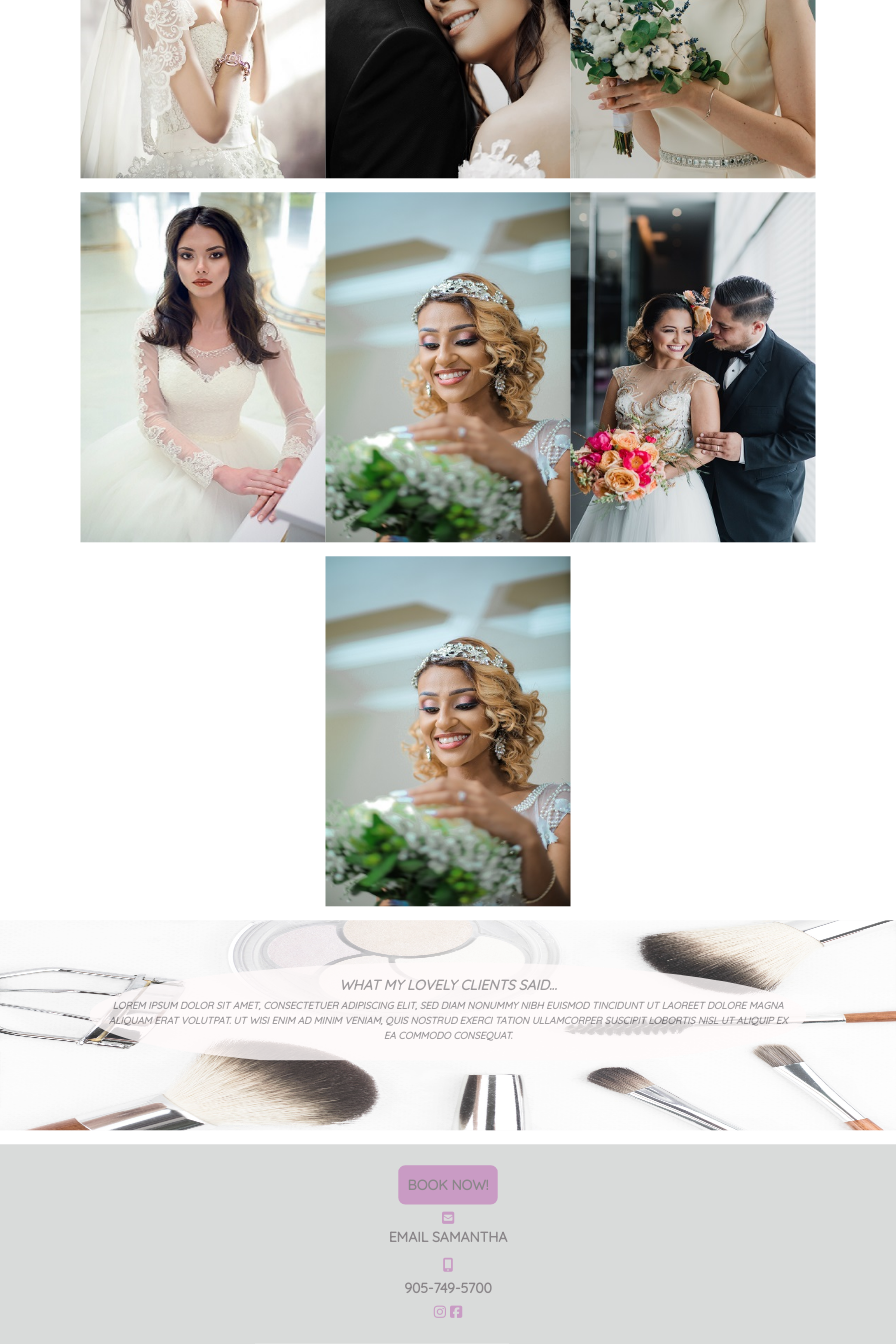
Repository: JayneyNix/milestone-1-UCFD
Page: gallery.html
The author's editor kept a record of every edit. The page is drawn from the files as they stood at one moment, then again after the next edit.
The browser window is 1280 px wide. The pictures show the part of the page from y = 1084 to 3004 px (the page is 3004 px tall before and 2484 px after), at 70% of full size.
Some web libraries are served in a nearby version.

Above is the page before.

### gallery.html
<!DOCTYPE html>
<html lang="en">

<head>
    <meta charset="UTF-8">
    <meta name="viewport" content="width=device-width, initial-scale=1.0">
    <meta http-equiv="X-UA-Compatible" content="ie=edge">
    <title>Professional Make-up Artistry | Samantha Harris</title>
    <script src="https://code.jquery.com/jquery-3.3.1.slim.min.js" integrity="sha384-q8i/X+965DzO0rT7abK41JStQIAqVgRVzpbzo5smXKp4YfRvH+8abtTE1Pi6jizo" crossorigin="anonymous"></script>
    <link href="https://stackpath.bootstrapcdn.com/bootstrap/4.3.1/css/bootstrap.min.css" rel="stylesheet" integrity="sha384-ggOyR0iXCbMQv3Xipma34MD+dH/1fQ784/j6cY/iJTQUOhcWr7x9JvoRxT2MZw1T" crossorigin="anonymous" type="text/css">
    <link rel="stylesheet" href="https://cdnjs.cloudflare.com/ajax/libs/hover.css/2.3.1/css/hover-min.css" type="text/css">
    <link rel="stylesheet" href="https://fonts.googleapis.com/css?family=Quicksand">
    <script src="https://kit.fontawesome.com/26094534a3.js" crossorigin="anonymous"></script>
    <link rel="stylesheet" href="Assets/style.css" class="text/css">
</head>

<body>
    <!-----Navigation----->

    <div class="d-flex justify-content-end">
        <div class="d-flex contact-header flex-row-reverse align-items-center">
            <div class="p-2"><a class="email-header" href="mailto:bookings@samanthaharris.ca" target="-blank"><i class="fas fa-envelope-square" aria-hidden="true"></i><h5 class="headings uppercase">Email Samantha</h5></a></div>
            <div class="p-2"><a class="call-header" href="tel:905-749-5700"><i class="fas fa-mobile-alt" aria-hidden="true"></i><h5 class="headings uppercase">Call 905-749-5700</h5></a></div>

        </div>
    </div>



    <div class="container-fluid nav-container no-padding">
        <nav class="navbar navbar-light navbar-expand-sm">

            <a class="navbar-brand" href="index.html">
                <img src="Assets/logo.png" class="d-inline-block align-top"
      alt="samantha-harris-logo"/>
      </a>

            <button class="navbar-toggler ml-auto" type="button" data-toggle="collapse" data-target="#navbarNavDropdown" aria-controls="navbarNavDropdown" aria-expanded="false" aria-label="Toggle navigation">
          <span class="navbar-toggler-icon"></span>
      </button>
            <div class="collapse navbar-collapse" id="navbarNavDropdown">
                <ul class="navbar-nav navbar-default ml-auto">
                    <li class="nav-item">
                        <a class="nav-link active" href="index.html">Home</a>
                    </li>
                    <li class="nav-item">
                        <a class="nav-link active" href="about.html">About</a>
                    </li>
                    <li class="nav-item">
                        <a class="nav-link active" href="gallery.html">Gallery</a>
                    </li>
                    <li class="nav-item">
                        <a class="nav-link active" href="services.html">Services</a>
                    </li>
                    <li class="nav-item">
                        <a class="nav-link active" href="contact.html">Contact</a>
                    </li>
                </ul>
            </div>
        </nav>
    </div>


    <!-----Navigation----->


    <!--Introduction-->

    <div class="container-fluid no-padding">
        <div class="row">
            <div class="col-md-6 offset-3 home-main-intro">
                <h1 class="h1 headings">Gallery</h1>
                <p class="p headings">Lorem ipsum dolor sit amet, consectetur adipisicing elit. Quisquam at quam magni qui eaque natus, voluptas dolores rerum nobis neque magnam harum numquam suscipit enim vero odio a laudantium incidunt.</p>
            </div>
        </div>
    </div>

    <!--Introduction-->


    <!--Gallery Grid-->

    <div class="container-fluid">
        <div class="row d-flex justify-content-center align-items-center">
            <div class="gallery-item">
                <img class="gallery-image img-responsive center-mobile" src="Assets/Bride-eyes-closed-with-flowers.jpg" alt="bride" />
            </div>
            <div class="gallery-item">
                <img class="gallery-image" src="Assets/bride-sitting-on-rocks.jpg" alt="bride" />
            </div>

            <div class="gallery-item">
                <img class="gallery-image" src="Assets/smiling-bride-touching-forehead.jpg" alt="bride" />
            </div>
            <div class="gallery-item">
                <img class="gallery-image" src="Assets/beautiful-bride-dress.jpg" alt="bride" />
            </div>
            <div class="gallery-item">
                <img class="gallery-image" src="Assets/bride-bridegroom.jpg" alt="bride" />
            </div>
            <div class="gallery-item">
                <img class="gallery-image" src="Assets/bride-natural-make-up.jpg" alt="bride" />
            </div>
            <div class="gallery-item">
                <img class="gallery-image" src="Assets/beautiful-bride-sultry-makeup.jpg" alt="bride" />
            </div>

            <div class="gallery-item">
                <img class="gallery-image" src="Assets/bride-natural.jpg" alt="bride" />
            </div>
            <div class="gallery-item">
                <img class="gallery-image" src="Assets/bride-groom.jpg" alt="bride" />
            </div>
            <div class="gallery-item">
                <img class="gallery-image" src="Assets/bride-natural.jpg" alt="bride" />
            </div>

</div>
    </div>

    <!--Gallery Grid-->

    <!--Testimonials-->

    <div id="testimonial-carousel" class="carousel slide d-none d-md-block" data-ride="carousel">
        <div class="carousel-inner">
            <div class="carousel-item active">
                <img class="carousel-image d-block w-100" src="Assets/cosmetic-brushes.jpg" alt="Slide-One">
                <div class="carousel-caption d-none d-md-block height-auto">
                    <div class="box">
                        <h2 class="h2 headings carousel-heading align-items-center justify-content-center">What My Lovely Clients Said...</h5>
                            <p class="p headings carousel-text">Lorem ipsum dolor sit amet, consectetuer adipiscing elit, sed diam nonummy nibh euismod tincidunt ut laoreet dolore magna aliquam erat volutpat. Ut wisi enim ad minim veniam, quis nostrud exerci tation ullamcorper suscipit
                                lobortis nisl ut aliquip ex ea commodo consequat.
                            </p>
                    </div>
                </div>
            </div>

            <div class="carousel-item">
                <img class="carousel-image d-block w-100" src="Assets/cosmetic-brushes.jpg" alt="Slide-One">
                <div class="carousel-caption d-none d-md-block">
                    <div class="box">
                        <h2 class="h2 headings carousel-heading align-items-center justify-content-center">What My Lovely Clients Said...</h5>
                            <p class="p headings carousel-text">Lorem ipsum dolor sit amet, consectetuer adipiscing elit, sed diam nonummy nibh euismod tincidunt ut laoreet dolore magna aliquam erat volutpat. Ut wisi enim ad minim veniam, quis nostrud exerci tation ullamcorper suscipit
                                lobortis nisl ut aliquip ex ea commodo consequat.
                            </p>
                    </div>
                </div>
            </div>
            <div class="carousel-item">
                <img class="carousel-image d-block w-100" src="Assets/cosmetic-brushes.jpg" alt="Slide-One">
                <div class="carousel-caption d-none d-md-block">
                    <div class="box">
                        <h2 class="h2 headings carousel-heading align-items-center justify-content-center">What My Lovely Clients Said...</h5>
                            <p class="p headings carousel-text">Lorem ipsum dolor sit amet, consectetuer adipiscing elit, sed diam nonummy nibh euismod tincidunt ut laoreet dolore magna aliquam erat volutpat. Ut wisi enim ad minim veniam, quis nostrud exerci tation ullamcorper suscipit
                                lobortis nisl ut aliquip ex ea commodo consequat.
                            </p>
                    </div>
                </div>
            </div>
        </div>
    </div>

    <!--Testimonials-->


    <footer class="container-fluid footer-container no-padding">

        <div id="footer" class="row">
            <div class="col-md-12">
                <div class="action">
                    <btn class="footer-button">
                        <a href="contact.html" <h5 class="footer-items">BOOK NOW!</h5></a>
                    </btn>
                </div>

                <div class="col-md-12">
                    <div class="contact-methods">
                        <a class="send-email" href="mailto:bookings@samanthaharris.ca" target="-blank"><i class="fas fa-envelope-square" aria-hidden="true"></i>
                <h5 class ="headings uppercase">Email Samantha</h5></a>
                        <a class="call" href="tel:905-749-5700"><i class="fas fa-mobile-alt" aria-hidden="true"></i><h5 class="headings uppercase">905-749-5700</h5></a>
                    </div>
                </div>

                <div class="col-md-12">
                    <div class="social"></div>
                    <a class="insta" href="https://www.instagram.com" target="-blank"><i class="fab fa-instagram" aria-hidden="true"></i>
                    </a>
                    <a class="facebook" href="https://www.facebook.com" target="-blank"><i class="fab fa-facebook-square" aria-hidden="true"></i></a>
                </div>
            </div>

        </div>
        </div>

    </footer>


    <script src="https://stackpath.bootstrapcdn.com/bootstrap/4.3.1/js/bootstrap.min.js" integrity="sha384-JjSmVgyd0p3pXB1rRibZUAYoIIy6OrQ6VrjIEaFf/nJGzIxFDsf4x0xIM+B07jRM" crossorigin="anonymous"></script>
    <script src="https://cdnjs.cloudflare.com/ajax/libs/popper.js/1.14.7/umd/popper.min.js" integrity="sha384-UO2eT0CpHqdSJQ6hJty5KVphtPhzWj9WO1clHTMGa3JDZwrnQq4sF86dIHNDz0W1" crossorigin="anonymous"></script>
</body>

</html>

### Assets/style.css
/*Typography*/

.headings {

    font-family: Quicksand, sans-serif;
    text-transform: uppercase;
    font-weight: bold;
}


.h1 {
    font-size: 28px;
    color: #8a8689;
    font-weight: bold;
}

.h2 {
    font-size: 20px;
    font-weight: bold;
}

.h3 {
    font-size: 18px;
}

.h4 {
    font-size: 16px;
}

.h5 {
    font-size: 14px;
}

.p {
    font-size: 14px;
    color: #8a8689;
    font-weight: normal;
}

/*Typography*/

.nav-container {
    padding: 0;
    font-size: 0;
}

/*--Fixed Header--*/

.d-flex .contact-header {
    padding-right: 30px;
}

/*@media (max-width: 575px) {*/

/*   .d-flex .contact-header { */

/*   display: none;*/

/*   }*/

/*}*/

.p-2 .email-header {
    color: #c99bc4;
    text-decoration: none;
}

.p-2 .call-header {
    color: #c99bc4;
    text-decoration: none;
}

.p-2 .email-header:hover {
    color: #8a8689;
}

.p-2 .call-header:hover {
    color: #8a8689;
}


/*--Navigation--*/

.navbar {
    background-color: #fff;

}

.navbar-brand {
    padding-left: 30px;
    background-size: cover;
    width: 200;
    height: 200;

}

.navbar-nav {
    padding-right: 30px;
}

.nav-item {
    word-spacing: 50;
}

.nav-link {

    font-family: "Quicksand", sans-serif;
    font-size: 20px;
    font-weight: bold;
    text-decoration: none;
    text-transform: uppercase;
    color: #8a8689!important;
    vertical-align: middle;
    padding-left: 30px!important;
}

.nav-link:hover {
    color: #c99bc4!important;
    transform: scale(1.25);
    transition: ease-in-out;
    transition-duration: 0.3s;
}

/*.nav-item .a .nav-link .active .nav-item .a .nav-link .active:hover,*/

/*.nav-item .a .nav-link .active:focus {*/

/*    color: #c99bc4;*/

/*    background-color: transparent;*/

/*}*/

@media (max-width: 768px) {
    #navbarNavDropdown {
        text-align: center;
    }
}

.navbar-toggler .navbar-toggler-icon {
    border: 0;
    font-weight: bold;
    color: #c99bc4;
}

/*--Navigation--*/

/*--Footer*/

.container-fluid .footer-container {
    display: inline-block;
    font-size: 0;
}

#footer {
    background-color: #d9dbda;
    text-align: center;
    padding-top: 30px;
    padding-bottom: 30px;

}


.footer-button {
    position: relative;
    display: inline-block;
    font-family: "Quicksand", sans-serif;
    font-size: 20px;
    font-weight: bolder;
    text-transform: uppercase;
    vertical-align: middle;
    border: 3px solid #c99bc4;
    border-radius: 10px;
    padding: 10px;
    text-align: center;
    background-color: #c99bc4;
}

.footer-button .contact-link {
    text-decoration: none;
}

.footer-button .a .h2 {
    vertical-align: middle;
}

.send-email {

    color: #8a8689;
    text-decoration: none;
}

.footer-items {
    color: #8a8689;
    font-weight: bold;
}

.footer-items:hover {
    color: #8a8689;
    transform: scale(1.1);
    transition: ease-in-out;
    transition-duration: 0.4s;

}

.send-email:hover {
    color: #c99bc4;
    text-decoration: none;
}


.call {

    color: #8a8689;
    text-decoration: none;
}

.call:hover {
    color: #c99bc4;
    text-decoration: none;
}

.send-email>i {
    color: #c99bc4;
    padding: 5px;
    font-size: 20px;
    padding-top: 10px;
}

.send-email>i:hover {
    color: #8a8689;
    padding: 5px;
    font-size: 20px;
}


.call>i {
    color: #c99bc4;
    padding: 10px;
    font-size: 20px;
}

.call>i:hover {
    color: #8a8689;
    padding: 10px;
    font-size: 20px;
}


.insta {

    color: #c99bc4;
    font-size: 20px;
}

.facebook {

    color: #c99bc4;
    font-size: 20px;
}


.insta:hover {
    color: #8a8689;
    text-decoration: none;
}

.facebook:hover {
    color: #8a8689;
    text-decoration: none;
}


/*--Footer*/

/*--Homepage Section 1 - Banner & Intro*/

.home-main-banner {
    padding: 0;
    font-size: 0;
    margin: 0;
    padding-bottom: 20px;
}

@media (max-width: 576px) {
    .home-main-banner {
        display: none;
    }
}

.home-main-intro {
    width: 100%;
    text-align: center;
}

/*--Homepage Section 1 - Banner & Intro*/

/*--Homepage Section 2 - About*/

/*--Homepage Section 2 - About*/

/*--Homepage Section 3 - Testimonials*/

#testimonial-carousel {
    padding: 0;
    font-size: 0;
    margin-bottom: 20px;
    height: 300px;
}

.carousel-image {
    height: 300px;
    opacity: 0.8;
}


.carousel-caption {
    position: absolute;
    left: 50%;
    top: 40%;
    transform: translate(-50%, -50%);
    overflow: hidden;
    width: 80%;
}

.carousel-heading {
    color: #8a8689;
    font-style: italic;
    font-weight: bolder;
}

.carousel-text {
    font-style: italic;
    font-weight: bolder;
}

.box {
    border: 0px transparent;
    border-radius:50%;
    background-color: #fffafa;
    opacity: 0.8;
    padding: 20px;
}



/*--Homepage Section 3 - Testiomonials*/



/*--Homepage Section 2 - Gallery*/

.gallery-item .gallery-image {
  display: block;
  max-width: 100%;
  padding-bottom: 20px;
}

/*--Homepage Section 2 - Gallery*/

After the next edit:
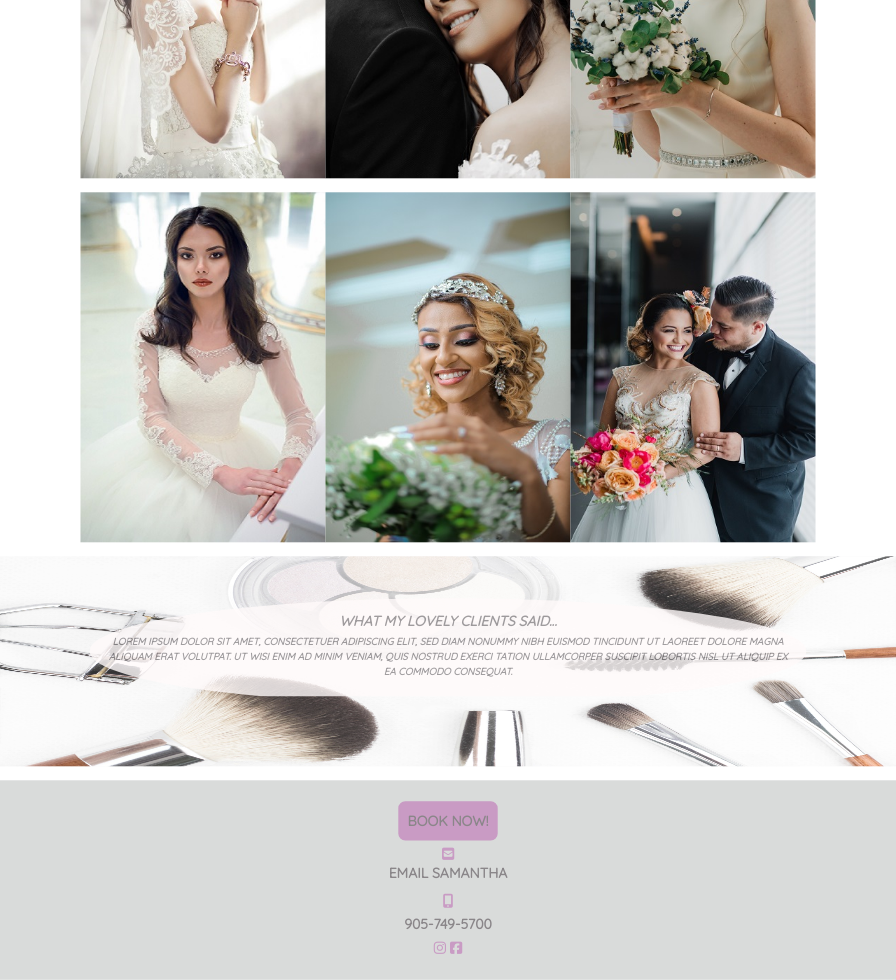
The edit:
--- a/gallery.html
+++ b/gallery.html
@@ -111,11 +111,7 @@
             <div class="gallery-item">
                 <img class="gallery-image" src="Assets/bride-groom.jpg" alt="bride" />
             </div>
-            <div class="gallery-item">
-                <img class="gallery-image" src="Assets/bride-natural.jpg" alt="bride" />
-            </div>
-
-</div>
+        </div>
     </div>
 
     <!--Gallery Grid-->
